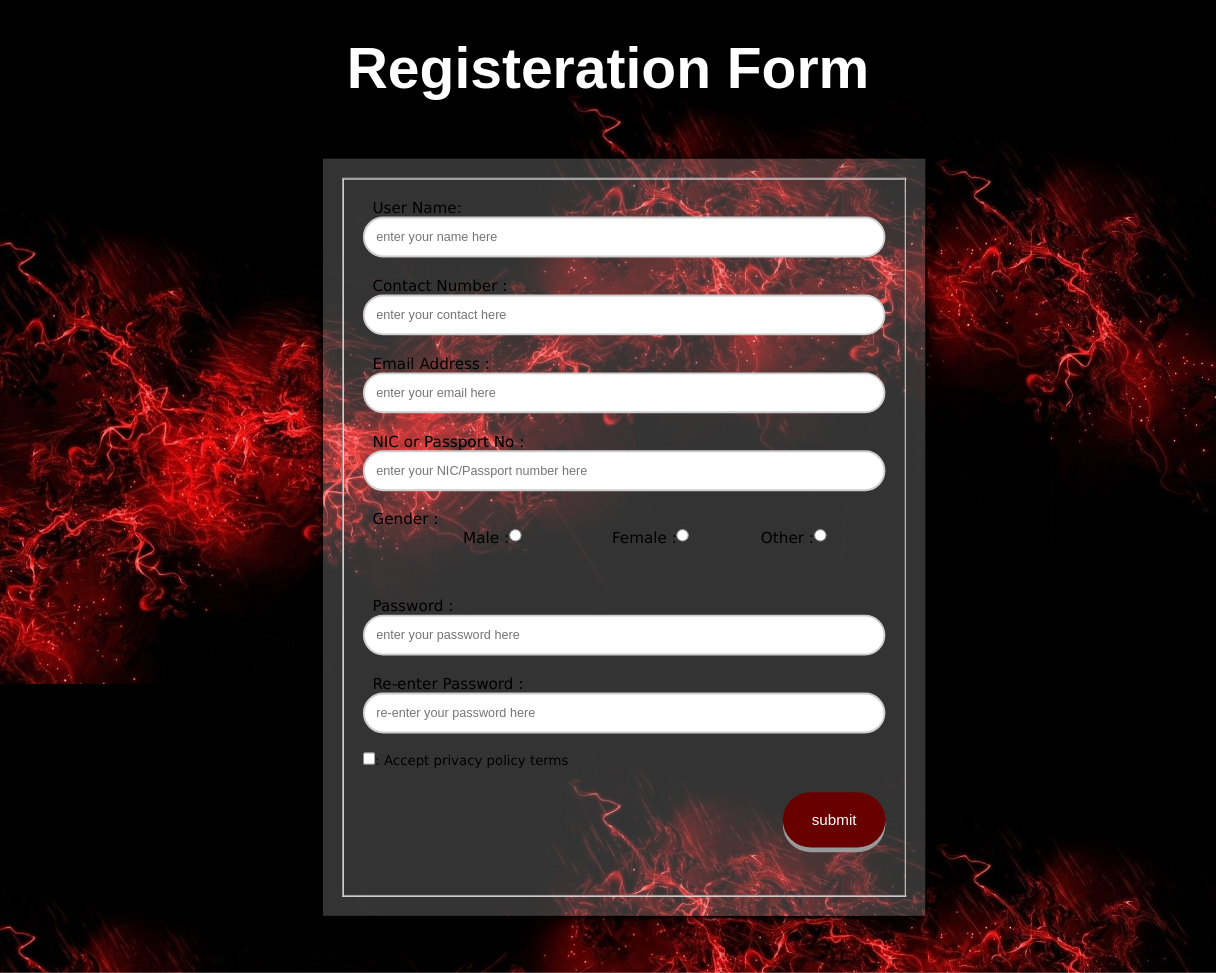
Repository: amila1998/OOP-Group-Assignment-1st-Year-2nd-Semester
Page: http://localhost/OMT/userRegister.jsp
These files come from the project's save history. The page is drawn as it stood at one moment and after the next save; the edit follows.
The browser window is 1280 px wide. The pictures show the whole page, at 95% of full size.
Backgrounds fixed to the window are drawn as part of the page. Some web fonts or font styles are not loaded; a fallback is used. The page is served by Tomcat 9. Nobody is signed in. The application's start-up code is not run. Other server files are loaded and not shown.

Above is the page before, as saved 2021-05-22 16:19:37.

### OMT/WebContent/userRegister.jsp
<%@ page language="java" contentType="text/html; charset=ISO-8859-1"
    pageEncoding="ISO-8859-1"%>
<!DOCTYPE html>
<html>
<head>
<meta charset="ISO-8859-1">
<link rel="stylesheet" type="text/css" href="styles/Default.css">
<link rel="stylesheet" type="text/css" href="styles/userRegister.css">
<title>user register</title>
</head>
<body>
<br><br>
    	<center><h1 class="Ttxtstyle">Registeration Form</h1></center>
<div class="RegisterBody">
<section style="width:100%">
	<div id="formStyle1">
		<form action="register" target="_self" method="POST">
		<fieldset>
			<label for="name">User Name:</label>
  			<input type="text" id="name" name="name" placeholder="enter your name here" required>

			<label for="MobileNumber">Contact Number :</label>
			<input type="text" id="mobile" name="mobile"  pattern="[0-9]{10}" placeholder="enter your contact here" required>

			<label for="EmailAddress">Email Address :</label>
			<input type="email" id="emailAdd" name="email" pattern="[a-zA-Z0-9._%+-]+@[a-z0-9]+\.[a-z]{2,3}" placeholder="enter your email here" required>

			<label for="nic_passport">NIC or Passport No :</label>
			<input type="text" id="nic_passport" name="nic_passport"  placeholder="enter your NIC/Passport number here" required>

			<label for="gender">Gender  :</label>
			<div class="row">

			<div class="col-25">
			<input type="radio" id="male" name="gender" value="male">
			<label for="male">  Male  :</label>
			</div>
			<div class="col-25">
			<input type="radio" id="female" name="gender" value="female">
			<label for="female">  Female  :</label>
			</div>
			<div class="col-25">
			<input type="radio" id="other" name="gender" value="other">
			<label for="other">  Other  :</label>
			</div>
			</div>
			<br><br>


			<label for="Password">Password :</label>
			<input type="password" id="pwd" name="pwd" placeholder="enter your password here"  required >

			<label for="rePassword">Re-enter Password :</label>
			<input type="password" id="rpwd" name="rpwd" placeholder="re-enter your password here" required>



			<input type="checkbox" id="policy" name="policy" required onclick ="enableButton()">:  Accept privacy policy terms
			<br><br>
			<input name="register" class="Btn1" type="submit" id="btn2" name="btn2"  value="submit" disable><br>

			<script>function enableButton(){

						if(document.getElementById("policy").checked){
							if(document.getElementById("pwd").value != document.getElementById("rpwd").value ){

								alert("password are mismatched!!");
								document.getElementById("policy").checked = false;
							}
							else{
							}

							document.getElementById("btn2").disabled= false;//this means submit button is enabled
						}
						else{
							document.getElementById("btn2").disabled= true;

						}
					}
		</script>


	</fieldset>
		</form>
        </div>
		</section>
</div>

</body>
</html>

### OMT/WebContent/styles/Default.css
@charset "ISO-8859-1";

* {
  box-sizing: border-box;
  margin: 0;
  padding: 0;
}

body {
  font-family: roboto, sans-serif;
  background-image: url("../images/bg.jpg");
  background-repeat: repeat;
  background-attachment: fixed;
  background-size: 100%;
}

/*start of header*/
#mainHeader {
  width: 100%;
  display:flex;
  justify-content: space-between;
  padding: 0px 10px;
  width: 100%;
  position:fixed;
  top: 0px;
  background: #eee;
  transition: background 0.4s;
  z-index: +1;
}

#mainHeader.is-sticky {
  background: #333;
}

#mainHeader.is-sticky a {
  color:#eee;
}

#mainHeader.is-sticky .logo img {
  height:64px;
}

#mainHeader.is-sticky .Plogo img {
  margin-top:10px;
}

#mainHeader.is-sticky .SearchPadding {
  padding:5px 20px;

}
.logo img {
  height: 84px;
  transition: height 0.4s;
}
.Plogo img {
  height: 50px;
  margin-top:18px;
  transition:0.4s;
}
#mainHeader .SearchPadding{
	padding:10px 10px;
	transition:0.4s;
}
#mainHeader .searchForm {
  float: middle;
  padding: 6px 20px;
  margin-top: 15px;
  background: none;
  font-size: 17px;
  border: none;
  cursor: pointer;
  display:flex;
}

.searchTxt
{
  background-color: white;
  border: none;
  padding: 5.5px 10px;
  text-decoration: none;
  display: inline-block;
  font-size: 12px;
  width:400px;
}
.searchBT:hover {
  background-color:#66ff66;
  cursor: pointer;
}

.searchBT {
  background-color: #00cc00;
  border: none;
  color: white;
  padding: 5px 10px;
  text-align: center;
  text-decoration: none;
  display: inline-block;
  font-size: 14px;
}




/*End of header*/

/* start editing horizontal menu*/
#menu {
	 margin-top: 84px;
	 width: 100%;
}



ul.menu {
  list-style-type: none;
  margin: 0;
  padding: 0;
  overflow: hidden;
  background-color: #333;
}

li.menu1 {
  float: left;
}
li.menu2 {
  float: right;
}

#menu li a   {
	/* When you have li and a together this will work*/
  display: block;
  color: white;
  text-align: center;
  padding: 14px 16px;
  text-decoration: none;
}

/* Change the link color to pink on hover
When you move the curser to a menu item it will highlighted with pink*/
#menu  li a:hover {
  background-color: gray;
}
/*============================================================================*/
/*Start of footer*/

div.Bfooter{
	display:table;
	width:100%;
	height:auto;
}
#mainFooter {
  display:flex;
  justify-content: space-between;
  bottom:0px;
  padding:10px 30px;
  width: 100%;
  background: #333;
  color:white;
  position:fixed;


}
#mainFooter .FtopPadding{
	padding-top:10px;
}
.SocialLogos img {

	width:30px;
	height:30px;
}
#mainFooter ul.SocialLogos {
  list-style-type: none;
  margin: 0;
  padding:0;
  overflow: hidden;
}
#mainFooter li.SocialLogos {
  float: left;
}
#mainFooter li a {
  display: block;
  color: white;
  text-align: center;
  padding: 14px 16px;
  text-decoration: none;
}

.DateandTime{
	font-family:"Arial Black", Gadget, sans-serif;


}
.copyRSing{
	font-family:"Comic Sans MS", cursive, sans-serif;
	padding-left:90px;
}
#Footer2 {
  display:flex;
  justify-content: space-between;
  padding: 10px 16px;
  width: 100%;
  background: #14141f;
  color:white;
  margin-bottom:50px;

}
#Footer2 ul.style {
  list-style-type: none;
  overflow: hidden;
  padding-bottom:40px;
}
#Footer2 li a{
	color: white;
  text-align: left;
  padding: 14px 16px;
  text-decoration: none;
  font-style: italic;
}
#Footer2 li a:hover {
  color: gray;
}

#Footer2 .Txtstyle{
	font-family:"Comic Sans MS", cursive, sans-serif;
	font-size:24px;
	line-height: 1.8;
}
#Footer2 .Txtstyle2{
	padding-top:90px;
	font-family:"Comic Sans MS", cursive, sans-serif;
	font-size:24px;
	line-height: 1.8;
}

#Footer2 ul.proFBBt {
  background-color: #00cc00;
  border: none;
  color: white;
  padding: 20px 50px;
  text-align: center;
  text-decoration: none;
  display: inline-block;
  font-size: 14px;
  list-style-type: none;
  margin: 0;
  overflow: hidden;
}

#Footer2 .btpadding{
	padding-top:50px;
	padding-left:20px;
}
/*============================================================================*/

h1.Ttxtstyle{
	color:white;
	font-family:"Arial Black", Gadget, sans-serif;
	text-shadow:1px 1px 2px black, 0 0 25px black, 0 0 5px black;
	font-size:60px;
}

section {
	padding:20px 20px;
}

/*DIV sections*/
.row {
  display: flex;
  flex-wrap: wrap;
  margin: 0 -16px;
}



.col-25 {
  flex: 25%;
}

.col-50,
.coll-50 {
   flex: 50%;
}

.col-75 {
  flex: 75%;
}

.col-25,
.col-50,
.col-75 {
  padding: 20px 16px;
}
/*--------------------------------------------------------------------------------------*/
/*Form*/
fieldset{
	padding:20px 20px;
}

legend{
	font-size:22px;
	font-weight:bold;
}

#formStyle1.style2{
	font-family:"Arial Black", Gadget, sans-serif;
	font-size:30px;
}

#formStyle1 label,
#formStyle3 label {
  display: block;
  font-size:16px;
  float:left;
  margin-left:10px;
}

#formStyle4 label{
  float:center;
  display: block;
  font-size:16px;
  margin-left:10px;
  margin-bottom:30px;
}

#formStyle2 label{
	 font-family: "Comic Sans MS", cursive, sans-serif;
	 font-weight:bold;
    font-size: 22px;
    line-height: 1.15;
    margin: 0;
	 width:100%;
}
#formStyle6 input[type=text],
#formStyle6 input[type=email],
#formStyle3 input[type=email],
#formStyle3  input[type= password],
#formStyle1  input[type= password],
#formStyle1  input[type= number],
#formStyle1 input[type=file],
#formStyle1 input[type=number]
#formStyle4 input[type=email],
#formStyle1 input[type=email],
#formStyle1 input[type=month],
#formStyle1 input[type=date],
#formStyle1 input[type=text],
#formStyle1 input[type=tel],
#formStyle3 input[type=text],
#formStyle4 input[type=tel],
#formStyle4 input[type=text],
#formStyle1 select{
  width: 100%;
  margin-bottom: 20px;
  padding: 12px;
  border: 2px solid #ccc;
  border-radius: 50px;
}

#formStyle6 input:active[type=text],
#formStyle6 input:active[type=email],
#formStyle3  input:active[type= password],
#formStyle3  input:active[type= email],
#formStyle1 input:active[type=file],
#formStyle1 input:active[type=number],
#formStyle1 input:active[type=month],
#formStyle1 input:active[type=text],
#formStyle3 input:active[type=text],
#formStyle4 input:active[type=text],
#formStyle4 input:active[type=text],
#formStyle1 select:active{
    border: 2px solid #808080;
	outline:none;
}

#formStyle3  input[type= radio]{
  margin-bottom: 20px;
  padding: 12px;
  border: 1px solid #ccc;
  border-radius: 3px;
  justify-content: space-between;
  margin-left:20px;
  outline:none;
}
#formStyle6 textarea,
#formStyle1 textarea{
  width: 100%;
  margin-bottom: 20px;
  padding: 12px;
  border: 1px solid #ccc;
  border-radius: 3px;
  height:80px;
  font-family:Verdana;
  border-radius:50px;
  outline:none;
  resize: vertical;

}

#formStyle1 form,
#formStyle2 form,
#formStyle3 form,
#formStyle4 form{
	padding:20px;
	background-color: rgba(255, 255, 255,0.2);
	font-size:14px;
	font-family:Verdana;
	color:black;
	margin:20px;
	box-shadow:1px 1px 2px black, 0 0 25px black, 0 0 5px black;
	outline: none;
	border:none;

}
#formStyle6 form{
	font-size:14px;
	font-family:Verdana;
	outline: none;
	border:none;
	padding:20px;
}

#formStyle1 form,
#formStyle4 form{
	width:99%;
}

#formStyle2 form{
	width:95%;
}

#formStyle3 form{
	width:50%;
	align-items: center;
	position:center;

}


.Btn,
.Btn1,
.Btn2,
.Btn3,
.Btn4,
.Btn5{

	padding:20px 30px;
	font-size: 16px;
  text-align: center;
  cursor: pointer;
  outline: none;
  color: #fff;
  background-color: #680000;
  border: none;
  border-radius: 30px;
  box-shadow: 0 5px #999;
  margin-bottom:30px;
  margin-top:10px;
  margin-left:20px;



}



.Btn:active,
.Btn1:active,
.Btn3:active,
.Btn2:active,
.Btn4:active,
.Btn5:active,
.Btn6:active{
	background-color: #ff6a6f;
  box-shadow: 0 3px #666;
  transform: translateY(4px);
}

.Btn:hover,
.Btn1:hover,
.Btn3:hover,
.Btn2:hover,
.Btn4:hover,
.Btn5:hover{
	background-color: #ff6a6f
}
.Btn,
.Btn1{
	float:right;
}

.Btn2{
	float:left;
}
.Btn3{
	margin-bottom:20px;

}
.Btn4{
	margin-left:10px;

}

### OMT/WebContent/styles/userRegister.css
.RegisterBody{
	padding:20px 300px;
}

After the next save:
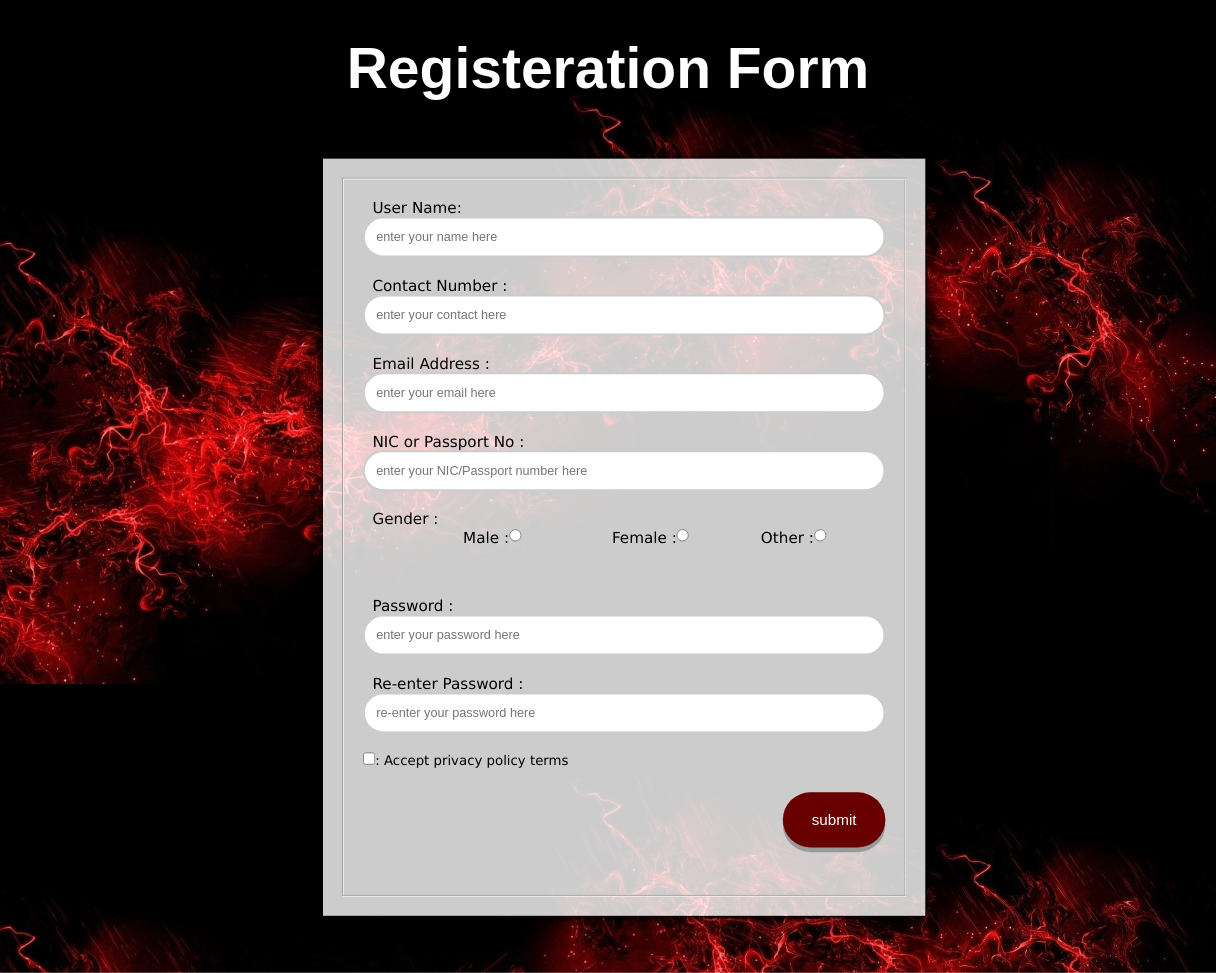
Saved 11 s later.
--- a/OMT/WebContent/styles/Default.css
+++ b/OMT/WebContent/styles/Default.css
@@ -400,7 +400,7 @@ legend{
 #formStyle3 form,
 #formStyle4 form{
 	padding:20px;
-	background-color: rgba(255, 255, 255,0.2);
+	background-color: rgba(255, 255, 255,0.8);
 	font-size:14px;
 	font-family:Verdana;
 	color:black;
